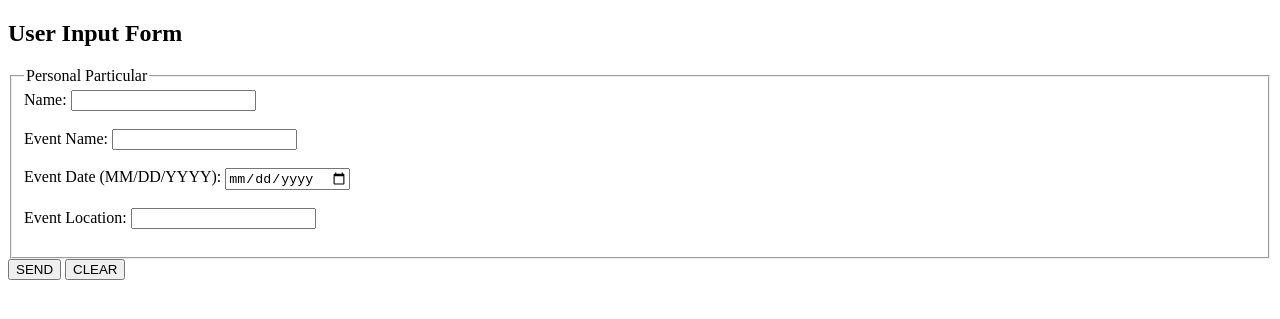
Repository: mitchellhuston/swe-techexercises
Page: mhuston-swe00/WebContent/CreateEvent.html
These files come from the project's save history. The page is drawn as it stood at one moment and after the next save; the edit follows.
The browser window is 1280 px wide. The pictures show the whole page.

Above is the page before, as saved 2017-09-13 13:17:06.

### mhuston-swe00/WebContent/CreateEvent.html
<!DOCTYPE html>
<html>
<head>
  <meta http-equiv='Content-Type' content='text/html; charset=UTF-8'>
  <title>User Input Form</title>
</head>

<body>
<h2>User Input Form</h2>
<form method="get" action="echo">
  <fieldset>
    <legend>Personal Particular</legend>
    Name: <input type="text" name="username" /><br /><br />
    Event Name: <input type="text" name="eventName" /><br /><br />
    Event Date (MM/DD/YYYY): <input type="date" name="date" /><br /><br />
    Event Location: <input type="text" name="eventLocation" /><br /><br />
  </fieldset>

  <input type="submit" value="SEND" />
  <input type="reset" value="CLEAR" />
</form>
</body>
</html>

After the next save:
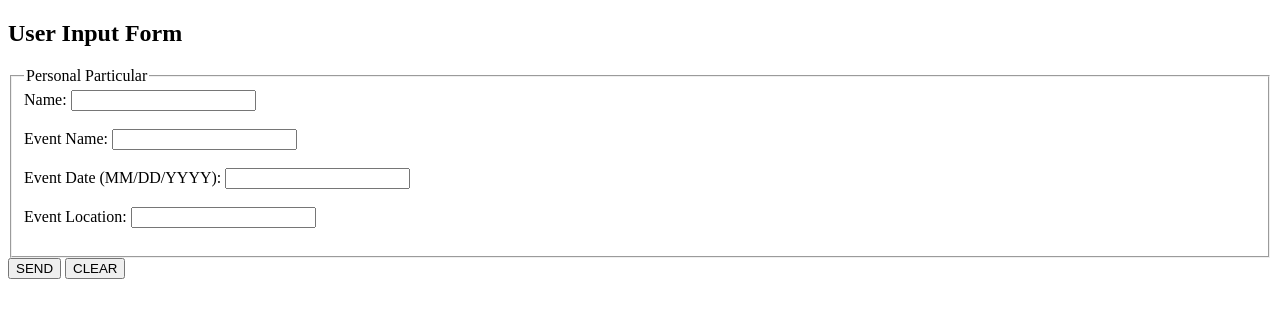
Saved 32 s later.
--- a/mhuston-swe00/WebContent/CreateEvent.html
+++ b/mhuston-swe00/WebContent/CreateEvent.html
@@ -12,7 +12,7 @@
     <legend>Personal Particular</legend>
     Name: <input type="text" name="username" /><br /><br />
     Event Name: <input type="text" name="eventName" /><br /><br />
-    Event Date (MM/DD/YYYY): <input type="date" name="date" /><br /><br />
+    Event Date (MM/DD/YYYY): <input type="text" name="date" /><br /><br />
     Event Location: <input type="text" name="eventLocation" /><br /><br />
   </fieldset>
 
